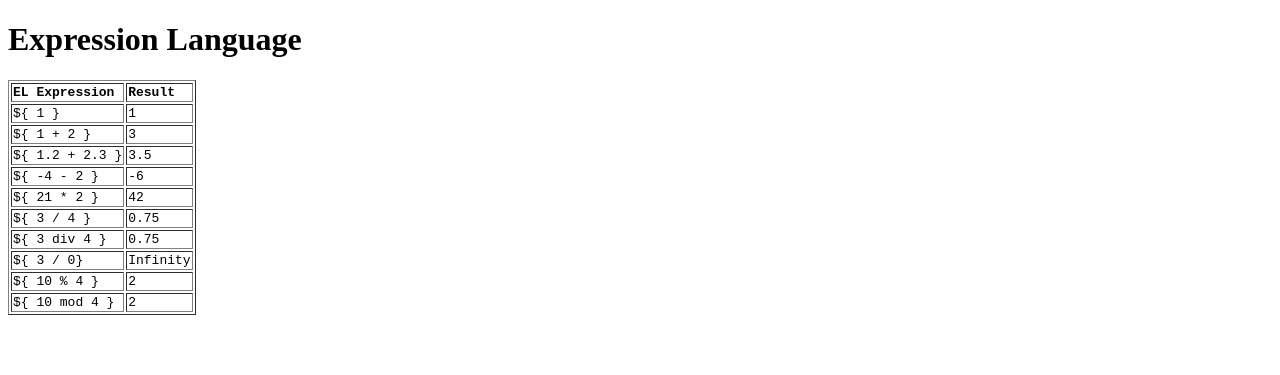
Repository: leedh909/Academy-web-
Page: http://localhost/Jsp07_EL_JSTL/basic-arithmetic.jsp
These files come from the project's save history. The page is drawn as it stood at one moment and after the next save; the edit follows.
The browser window is 1280 px wide. The pictures show the whole page.
The page is served by Tomcat 9.

Above is the page before, as saved 2020-07-06 01:08:57.

After the next save:
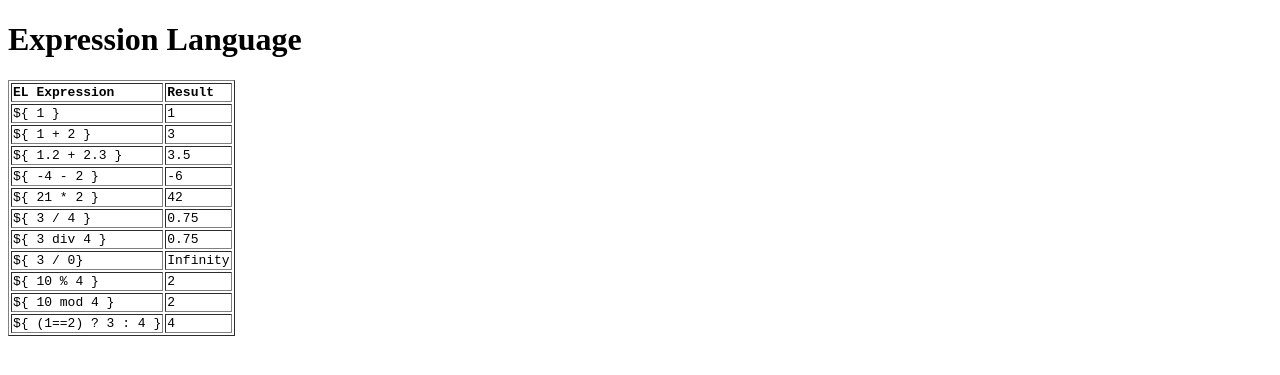
Saved 72 s later.
--- a/실습자료/eclipse-servlet/Jsp07_EL_JSTL/WebContent/basic-arithmetic.jsp
+++ b/실습자료/eclipse-servlet/Jsp07_EL_JSTL/WebContent/basic-arithmetic.jsp
@@ -58,6 +58,10 @@
 		  	<td>\${ 10 mod 4 }</td>
 		  	<td>${ 10 mod 4 }</td>
 		  </tr>
+		  <tr>
+		  	<td>\${ (1==2) ? 3 : 4 }</td>
+		  	<td>${ (1==2) ? 3 : 4 }</td>
+		  </tr>
 		</table>
 	</code>
 </body>
